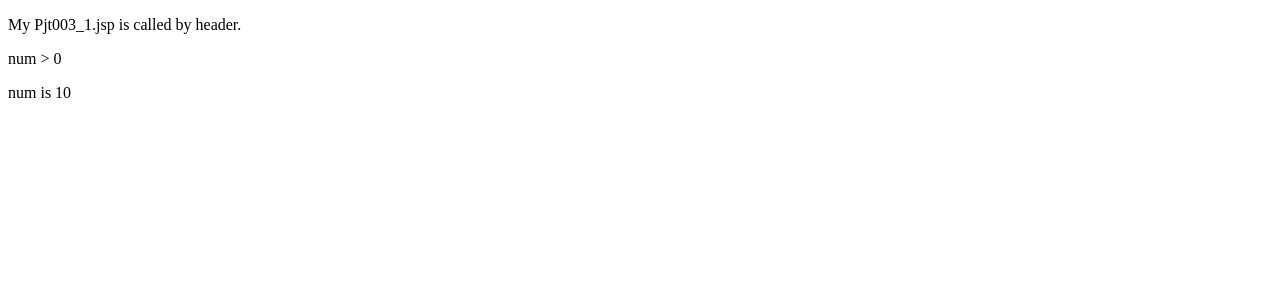
Repository: Heongilee/JspPractice
Page: http://localhost/Pjt003/Pjt003.jsp
The author's editor kept a copy of each file at every save. The page is drawn from the files as they stood at one save, then again after the next save.
The browser window is 1280 px wide. The pictures show the whole page.
The page is served by Tomcat 9.

Above is the page before, as saved 2020-12-29 06:30:47.

### Pjt003/WebContent/Pjt003.jsp
<!-- 페이지 지시어 사용은 다음과 같이 쓰고 "이 페이지는 ~~ 하게 흘러 갑니다."라고 알려주는 부분. -->
<%@page import="java.util.ArrayList"%>
<%@ page language="java" contentType="text/html; charset=UTF-8"
pageEncoding="UTF-8"%>
<!DOCTYPE html>
<html>
	<head>
		<meta charset="UTF-8">
		<title>Insert title here</title>
	</head>
	<body>
		<!-- 지시어의 include 키워드를 통해 외부 jsp파일을 삽입할 수 있다. -->
		<%@ include file="Pjt003_1.jsp" %>

		<!-- 선언 태그를 사용해 마음껏 자바 언어의 멤버변수와 멤버함수를 사용할 수 있다. -->
		<%!
			int num = 10;
			String str = "jsp";
			ArrayList<String> list = new ArrayList<String>();

			public void jspMethod() {
			  System.out.println("Hello, jspMethod()");
			}
		%>

		<!-- Jsp 페이지에서 Java 코드를 넣을 수 있게 해주는 부분을 스크립틀릿 태그라고 한다. -->
		<%
			if(num > 0) {
		%>
		<p>num > 0</p>
		<%
			} else {
		%>
		<p>num <= 0</p>
		<%
			}
		%>

		<!-- 표현식 태그 사용은 다음과 같습니다. -->
		<p>num is <%= num %></p>

		<!-- 여기서 부터는 jsp 주석 입니다. -->
		<%-- Hello Jsp world! --%>
	</body>
</html>

### Pjt003/WebContent/Pjt003_1.jsp
<p>My Pjt003_1.jsp is called by header.</p>

### Pjt003/WebContent/Pjt003_2.jsp
<p>Hello, I'm footer. And I called by Pjt003.jsp</p>

After the next save:
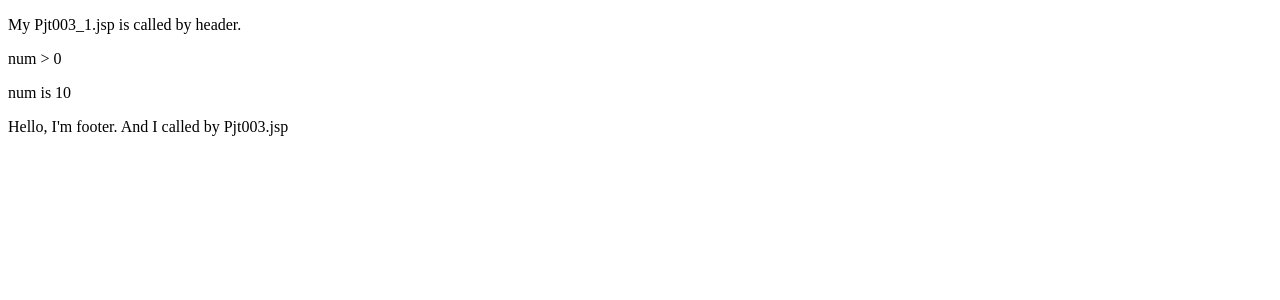
Saved 46 s later.
--- a/Pjt003/WebContent/Pjt003.jsp
+++ b/Pjt003/WebContent/Pjt003.jsp
@@ -9,7 +9,7 @@ pageEncoding="UTF-8"%>
 		<title>Insert title here</title>
 	</head>
 	<body>
-		<!-- 지시어의 include 키워드를 통해 외부 jsp파일을 삽입할 수 있다. -->
+		<!-- 지시어의 include 키워드를 통해 외부 jsp파일을 삽입할 수 있다... ① -->
 		<%@ include file="Pjt003_1.jsp" %>
 
 		<!-- 선언 태그를 사용해 마음껏 자바 언어의 멤버변수와 멤버함수를 사용할 수 있다. -->
@@ -39,6 +39,9 @@ pageEncoding="UTF-8"%>
 		<!-- 표현식 태그 사용은 다음과 같습니다. -->
 		<p>num is <%= num %></p>
 
+		<!-- 지시어의 include 키워드를 통해 외부 jsp파일을 삽입할 수 있다... ② -->
+		<%@ include file="Pjt003_2.jsp" %>
+
 		<!-- 여기서 부터는 jsp 주석 입니다. -->
 		<%-- Hello Jsp world! --%>
 	</body>
